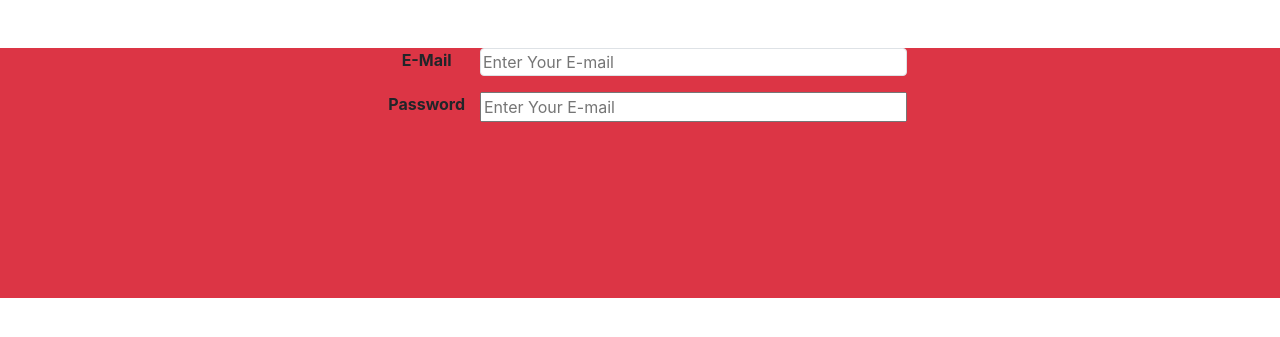
Repository: mariamkhaledsapra/E-Commerce-main
Page: /login
These files come from the project's save history. The page is drawn as it stood at one moment and after the next save; the edit follows.
The browser window is 1280 px wide. The pictures show the whole page.
The project was rebuilt for these pictures with package versions that can differ from the ones it lists, and the page was loaded fresh each time. Also part of the build but not shown: src/components/Navbar.jsx.

Above is the page before, as saved 2024-02-13 21:40:34.

After the next save:
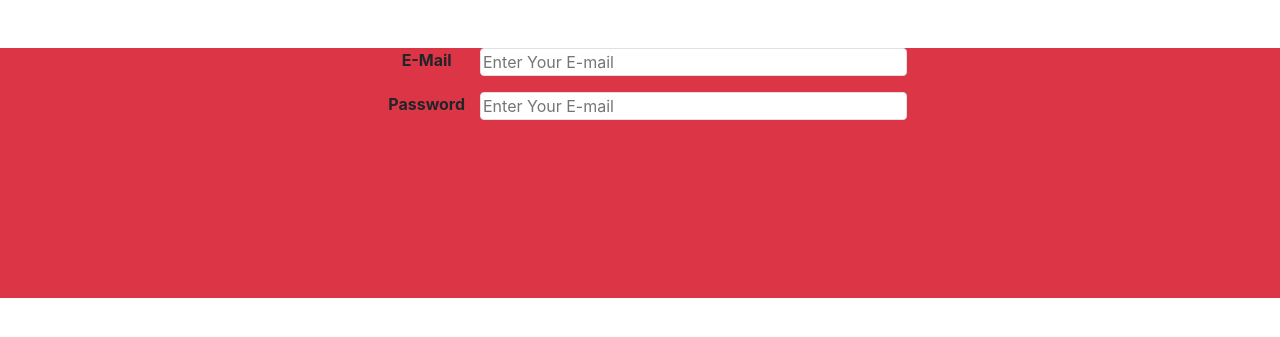
Saved 9 s later.
--- a/src/components/Login.jsx
+++ b/src/components/Login.jsx
@@ -13,7 +13,7 @@ const Login = () => {
       <div className="mb-3  d-flex justify-content-center">
         <label className="fw-bolder col-1">Password</label>
         <div className="col-4">
-          <input type="password" placeholder="Enter Your E-mail" className={"w-100"}/>
+          <input type="password" placeholder="Enter Your E-mail" className="w-100 border rounded"/>
         </div>
       </div>
 
